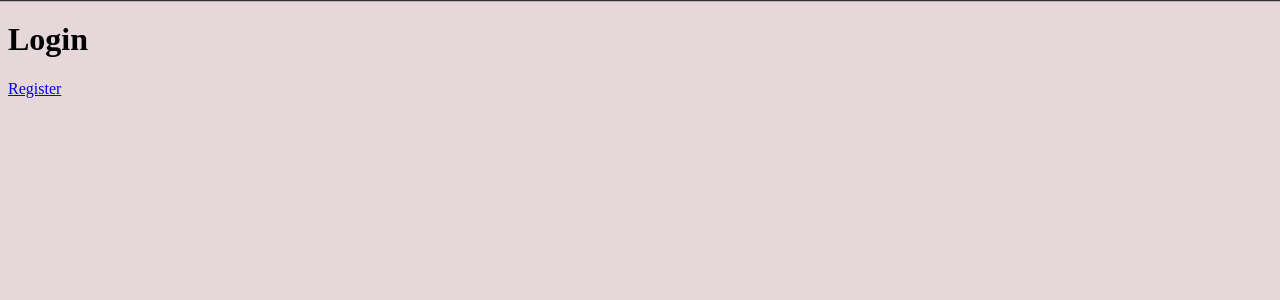
Repository: Kotya2001/FuzzyOps-App
Page: /login (app in frontend/my-app/)
These files come from the project's save history. The page is drawn as it stood at one moment and after a run of saves; the edit follows.
The browser window is 1280 px wide. The pictures show the whole page.
The project was rebuilt for these pictures with package versions that can differ from the ones it lists, and the page was loaded fresh each time. Also part of the build but not shown: frontend/my-app/src/pages/Item.js, frontend/my-app/src/pages/Base.js, frontend/my-app/src/pages/Resources.js, frontend/my-app/src/pages/Register.js.

Above is the page before, as saved 2022-09-18 17:27:48.

After the next 2 saves:
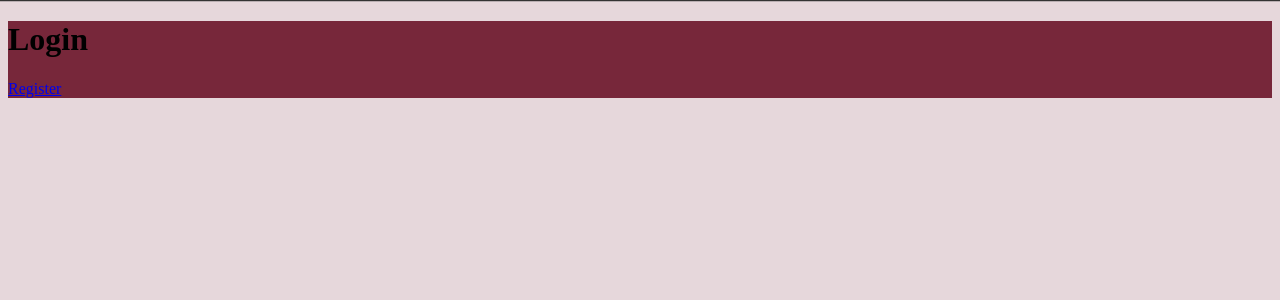
The 2 saves are shown as one change because they came seconds apart.
The last was saved 9 s later.
--- a/frontend/my-app/src/Styles.css
+++ b/frontend/my-app/src/Styles.css
@@ -98,7 +98,8 @@ body {
 }
 
 .inputForm {
-  background:
+  background: #77273A;
+
 }
 
 @font-face {
